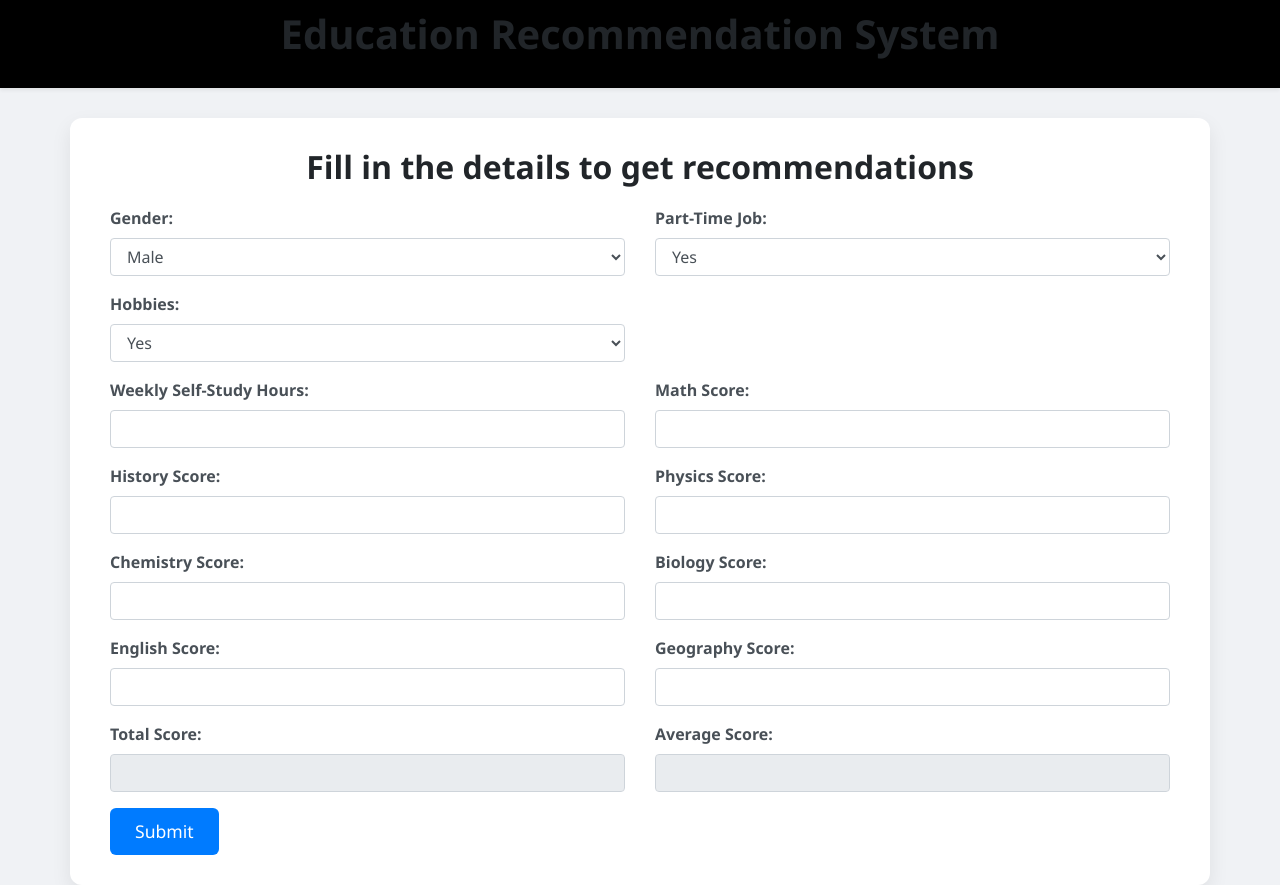
Repository: Srikeerthi05/Smart-career-guidance-system
Page: http://localhost/recommend
An editor plug-in stored every save of this project. The page is shown before and after the next save, followed by the edit.
The browser window is 1280 px wide. The pictures show the whole page.
The page is served by the project's application, run on Flask 3 (app.py).

Above is the page before, as saved 2025-06-01 18:57:18.

### templates/recommend.html
<!DOCTYPE html>
<html lang="en">
<head>
    <meta charset="UTF-8">
    <meta name="viewport" content="width=device-width, initial-scale=1.0">
    <title>Studies Recommendation</title>
    <link rel="stylesheet" href="https://maxcdn.bootstrapcdn.com/bootstrap/4.5.2/css/bootstrap.min.css">
    <style>
       body {
    background-color: #f0f2f5;  /* softer light background */
    font-family: 'Segoe UI', Tahoma, Geneva, Verdana, sans-serif;
    color: #222;
}

.mynav {
    background-color: #343a40; /* dark gray/navy instead of black for modern feel */
    color: #fff;
    font-weight: 600;
    padding: 15px 0;
    box-shadow: 0 2px 6px rgba(0,0,0,0.2);
    margin-bottom: 30px;
}

h1, h2 {
    font-weight: 700;
    color: #212529;
    margin-bottom: 20px;
}

.form-control:focus {
    border-color: #007bff;
    box-shadow: 0 0 8px rgba(0,123,255,0.3);
}

.btn-primary {
    background-color: #007bff;
    border: none;
    padding: 10px 25px;
    font-size: 1.1rem;
    transition: background-color 0.3s ease;
    border-radius: 6px;
}

.btn-primary:hover {
    background-color: #0056b3;
}

.form-group label {
    font-weight: 600;
    color: #495057;
}

/* Add subtle shadows and rounded corners for containers */
.container {
    background-color: #fff;
    padding: 30px 40px;
    border-radius: 12px;
    box-shadow: 0 8px 20px rgba(0, 0, 0, 0.08);
}
body {
    background-color: #f0f2f5;  /* softer light background */
    font-family: 'Segoe UI', Tahoma, Geneva, Verdana, sans-serif;
    color: #222;
}

.mynav {
    background-color: #343a40; /* dark gray/navy instead of black for modern feel */
    color: #fff;
    font-weight: 600;
    padding: 15px 0;
    box-shadow: 0 2px 6px rgba(0,0,0,0.2);
    margin-bottom: 30px;
}

h1, h2 {
    font-weight: 700;
    color: #212529;
    margin-bottom: 20px;
}

.form-control:focus {
    border-color: #007bff;
    box-shadow: 0 0 8px rgba(0,123,255,0.3);
}

.btn-primary {
    background-color: #007bff;
    border: none;
    padding: 10px 25px;
    font-size: 1.1rem;
    transition: background-color 0.3s ease;
    border-radius: 6px;
}

.btn-primary:hover {
    background-color: #0056b3;
}

.form-group label {
    font-weight: 600;
    color: #495057;
}

/* Add subtle shadows and rounded corners for containers */
.container {
    background-color: #fff;
    padding: 30px 40px;
    border-radius: 12px;
    box-shadow: 0 8px 20px rgba(0, 0, 0, 0.08);
}

    </style>
    <script>
        function calculateScores() {
            var mathScore = parseFloat(document.getElementById("math_score").value);
            var historyScore = parseFloat(document.getElementById("history_score").value);
            var physicsScore = parseFloat(document.getElementById("physics_score").value);
            var chemistryScore = parseFloat(document.getElementById("chemistry_score").value);
            var biologyScore = parseFloat(document.getElementById("biology_score").value);
            var englishScore = parseFloat(document.getElementById("english_score").value);
            var geographyScore = parseFloat(document.getElementById("geography_score").value);

            var totalScore = mathScore + historyScore + physicsScore + chemistryScore + biologyScore + englishScore + geographyScore;
            var averageScore = totalScore / 7;

            document.getElementById("total_score").value = totalScore.toFixed(2);
            document.getElementById("average_score").value = averageScore.toFixed(2);
        }
    </script>
</head>
<body>
<div class="mynav shadow-sm" style="background:black; color:white;font-weight:bold; padding:10px;width:100%;">
        <h1 class="text-center">Education Recommendation System</h1>
    </div>
<div class="container">
    <h2 class="text-center">Fill in the details to get recommendations</h2>
    <form method="post" action="/pred">
        <div class="row">
            <div class="col-md-6">
                <div class="form-group">
                    <label for="gender">Gender:</label>
                    <select class="form-control" id="gender" name="gender">
                        <option value="male">Male</option>
                        <option value="female">Female</option>
                    </select>
                </div>
            </div>
            <div class="col-md-6">
                <div class="form-group">
                    <label for="part_time_job">Part-Time Job:</label>
                    <select class="form-control" id="part_time_job" name="part_time_job">
                        <option value="true">Yes</option>
                        <option value="false">No</option>
                    </select>
                </div>
            </div>
        </div>
        <div class="row">

            <div class="col-md-6">
                <div class="form-group">
                    <label for="extracurricular_activities">Hobbies:</label>
                    <select class="form-control" id="extracurricular_activities" name="extracurricular_activities">
                        <option value="true">Yes</option>
                        <option value="false">No</option>
                    </select>
                </div>
            </div>
        </div>
        <div class="row">
            <div class="col-md-6">
                <div class="form-group">
                    <label for="weekly_self_study_hours">Weekly Self-Study Hours:</label>
                    <input type="number" class="form-control" id="weekly_self_study_hours" name="weekly_self_study_hours">
                </div>
            </div>
            <div class="col-md-6">
                <div class="form-group">
                    <label for="math_score">Math Score:</label>
                    <input type="number" class="form-control" id="math_score" name="math_score" onchange="calculateScores()">
                </div>
            </div>
        </div>
        <div class="row">
            <div class="col-md-6">
                <div class="form-group">
                    <label for="history_score">History Score:</label>
                    <input type="number" class="form-control" id="history_score" name="history_score" onchange="calculateScores()">
                </div>
            </div>
            <div class="col-md-6">
                <div class="form-group">
                    <label for="physics_score">Physics Score:</label>
                    <input type="number" class="form-control" id="physics_score" name="physics_score" onchange="calculateScores()">
                </div>
            </div>
        </div>
        <div class="row">
            <div class="col-md-6">
                <div class="form-group">
                    <label for="chemistry_score">Chemistry Score:</label>
                    <input type="number" class="form-control" id="chemistry_score" name="chemistry_score" onchange="calculateScores()">
                </div>
            </div>
            <div class="col-md-6">
                <div class="form-group">
                    <label for="biology_score">Biology Score:</label>
                    <input type="number" class="form-control" id="biology_score" name="biology_score" onchange="calculateScores()">
                </div>
            </div>
        </div>
        <div class="row">
            <div class="col-md-6">
                <div class="form-group">
                    <label for="english_score">English Score:</label>
                    <input type="number" class="form-control" id="english_score" name="english_score" onchange="calculateScores()">
                </div>
            </div>
            <div class="col-md-6">
                <div class="form-group">
                    <label for="geography_score">Geography Score:</label>
                    <input type="number" class="form-control" id="geography_score" name="geography_score" onchange="calculateScores()">
                </div>
            </div>
        </div>
        <div class="row">
            <div class="col-md-6">
                <div class="form-group">
                    <label for="total_score">Total Score:</label>
                    <input type="number" class="form-control" id="total_score" name="total_score" readonly>
                </div>
            </div>
            <div class="col-md-6">
                <div class="form-group">
                    <label for="average_score">Average Score:</label>
                    <input type="number" step="0.000001" class="form-control" id="average_score" name="average_score" readonly>
                </div>
            </div>
        </div>
        <!-- Add more form fields here as needed -->

        <button type="submit" class="btn btn-primary">Submit</button>
    </form>
</div>

</body>
</html>

### app.py
# pip install scikit-learn==1.3.2
# pip install numpy
# pip install flask


# load packages==============================================================
from flask import Flask, render_template, request
import pickle
import numpy as np

app = Flask(__name__)

# Load the scaler, label encoder, model, and class names=====================
scaler = pickle.load(open("scaler.pkl", 'rb'))
model = pickle.load(open("model.pkl", 'rb'))
class_names = ['Lawyer', 'Doctor', 'Government Officer', 'Artist', 'Unknown',
               'Software Engineer', 'Teacher', 'Business Owner', 'Scientist',
               'Banker', 'Writer', 'Accountant', 'Designer',
               'Construction Engineer', 'Game Developer', 'Stock Investor',
               'Real Estate Developer']

# Recommendations ===========================================================
def Recommendations(gender, part_time_job, absence_days, extracurricular_activities,
                    weekly_self_study_hours, math_score, history_score, physics_score,
                    chemistry_score, biology_score, english_score, geography_score,
                    total_score, average_score):

    if total_score == 0 or average_score == 0:
        return [("Insufficient academic data", 0.0)]

    # Encode categorical variables
    gender_encoded = 1 if gender.lower() == 'female' else 0
    part_time_job_encoded = 1 if part_time_job else 0
    extracurricular_activities_encoded = 1 if extracurricular_activities else 0

    # Create feature array
    feature_array = np.array([[gender_encoded, part_time_job_encoded, absence_days, extracurricular_activities_encoded,
                               weekly_self_study_hours, math_score, history_score, physics_score,
                               chemistry_score, biology_score, english_score, geography_score, total_score,
                               average_score]])

    # Scale features
    scaled_features = scaler.transform(feature_array)

    # Predict using the model
    probabilities = model.predict_proba(scaled_features)

    # Map predictions to class names with probabilities
    predictions = [(class_names[idx], probabilities[0][idx] * 100) for idx in np.argsort(-probabilities[0])]

    # Filter out 'Unknown'
    filtered = [(name, prob) for name, prob in predictions if name.lower() != 'unknown']

    # Return top 3 (or fewer if limited)
    return filtered[:3]



@app.route('/')
def home():
    return render_template('home.html')

@app.route('/recommend')
def recommend():
    return render_template('recommend.html')

@app.route('/pred', methods=['POST','GET'])
def pred():
    if request.method == 'POST':
        gender = request.form['gender']
        part_time_job = request.form['part_time_job'] == 'true'
        absence_days = int(request.form['absence_days'])
        extracurricular_activities = request.form['extracurricular_activities'] == 'true'
        weekly_self_study_hours = int(request.form['weekly_self_study_hours'])
        math_score = int(request.form['math_score'])
        history_score = int(request.form['history_score'])
        physics_score = int(request.form['physics_score'])
        chemistry_score = int(request.form['chemistry_score'])
        biology_score = int(request.form['biology_score'])
        english_score = int(request.form['english_score'])
        geography_score = int(request.form['geography_score'])
        total_score = float(request.form['total_score'])
        average_score = float(request.form['average_score'])

        recommendations = Recommendations(gender, part_time_job, absence_days, extracurricular_activities,
                                          weekly_self_study_hours, math_score, history_score, physics_score,
                                          chemistry_score, biology_score, english_score, geography_score,
                                          total_score, average_score)

        return render_template('results.html', recommendations=recommendations)
    return render_template('home.html')


if __name__ == '__main__':
    app.run(debug=True)

After the next save:
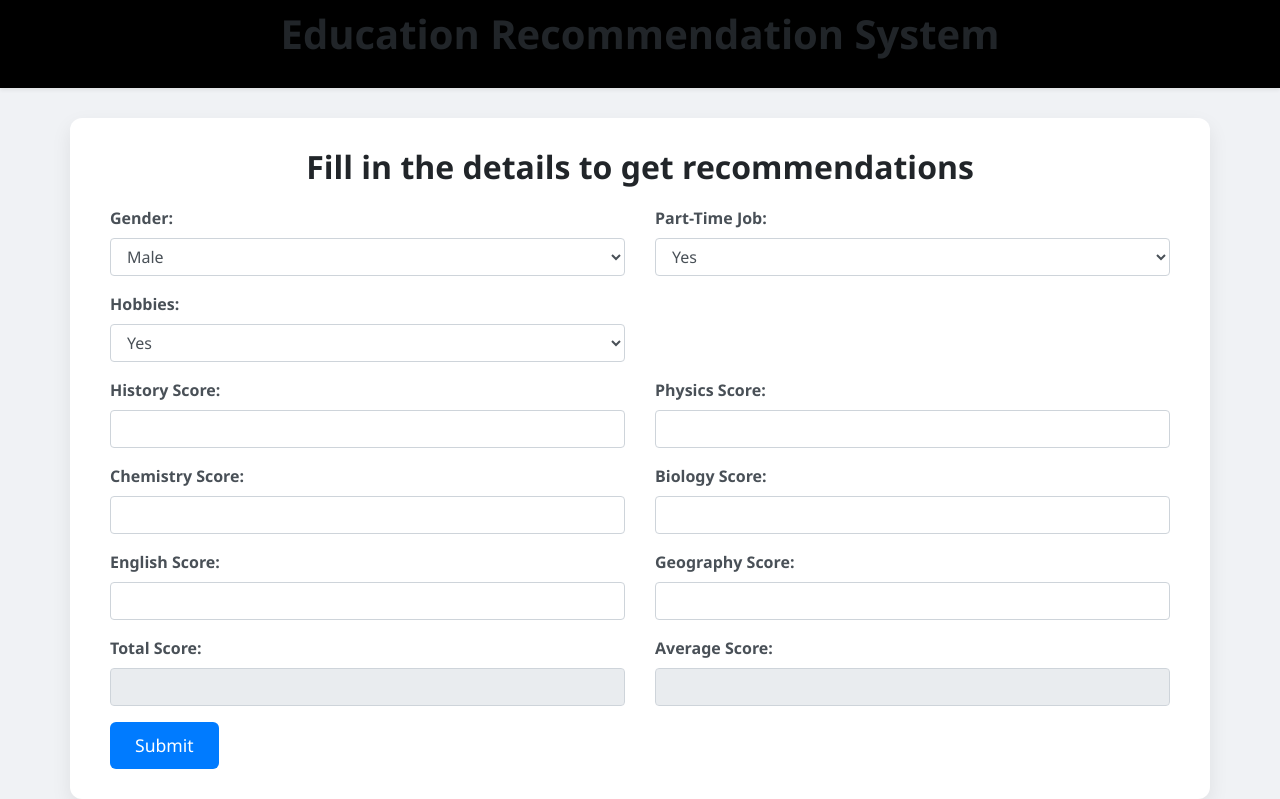
Saved 15 s later.
--- a/templates/recommend.html
+++ b/templates/recommend.html
@@ -167,20 +167,7 @@
                 </div>
             </div>
         </div>
-        <div class="row">
-            <div class="col-md-6">
-                <div class="form-group">
-                    <label for="weekly_self_study_hours">Weekly Self-Study Hours:</label>
-                    <input type="number" class="form-control" id="weekly_self_study_hours" name="weekly_self_study_hours">
-                </div>
-            </div>
-            <div class="col-md-6">
-                <div class="form-group">
-                    <label for="math_score">Math Score:</label>
-                    <input type="number" class="form-control" id="math_score" name="math_score" onchange="calculateScores()">
-                </div>
-            </div>
-        </div>
+
         <div class="row">
             <div class="col-md-6">
                 <div class="form-group">

After the 3 saves that followed:
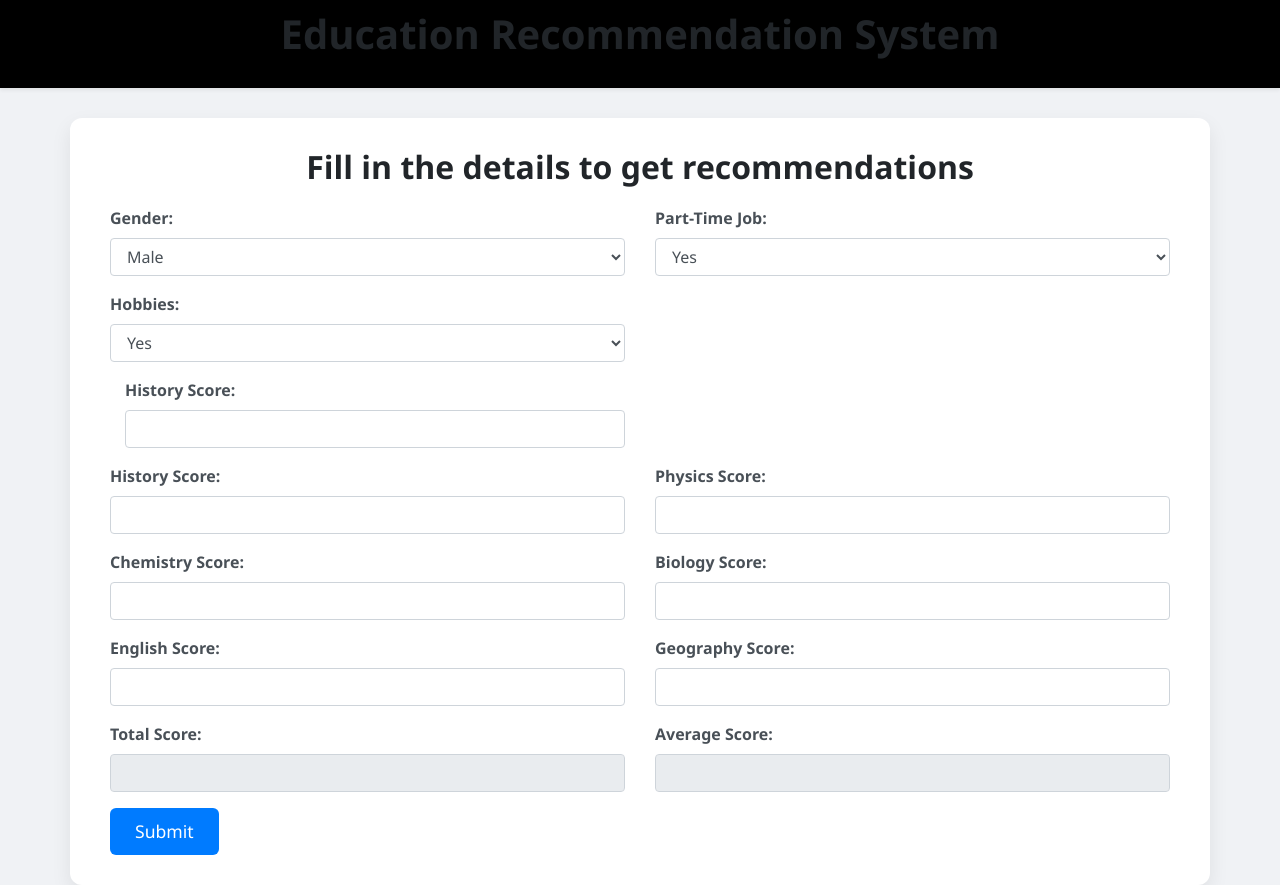
The 3 saves are shown as one change because 2 left the picture as it was.
The last was saved 55 s later.
--- a/templates/recommend.html
+++ b/templates/recommend.html
@@ -167,6 +167,13 @@
                 </div>
             </div>
         </div>
+       <div class="col-md-6">
+                <div class="form-group">
+                    <label for="history_score">History Score:</label>
+                    <input type="number" class="form-control" id="history_score" name="history_score" onchange="calculateScores()">
+                </div>
+            </div>
+
 
         <div class="row">
             <div class="col-md-6">
